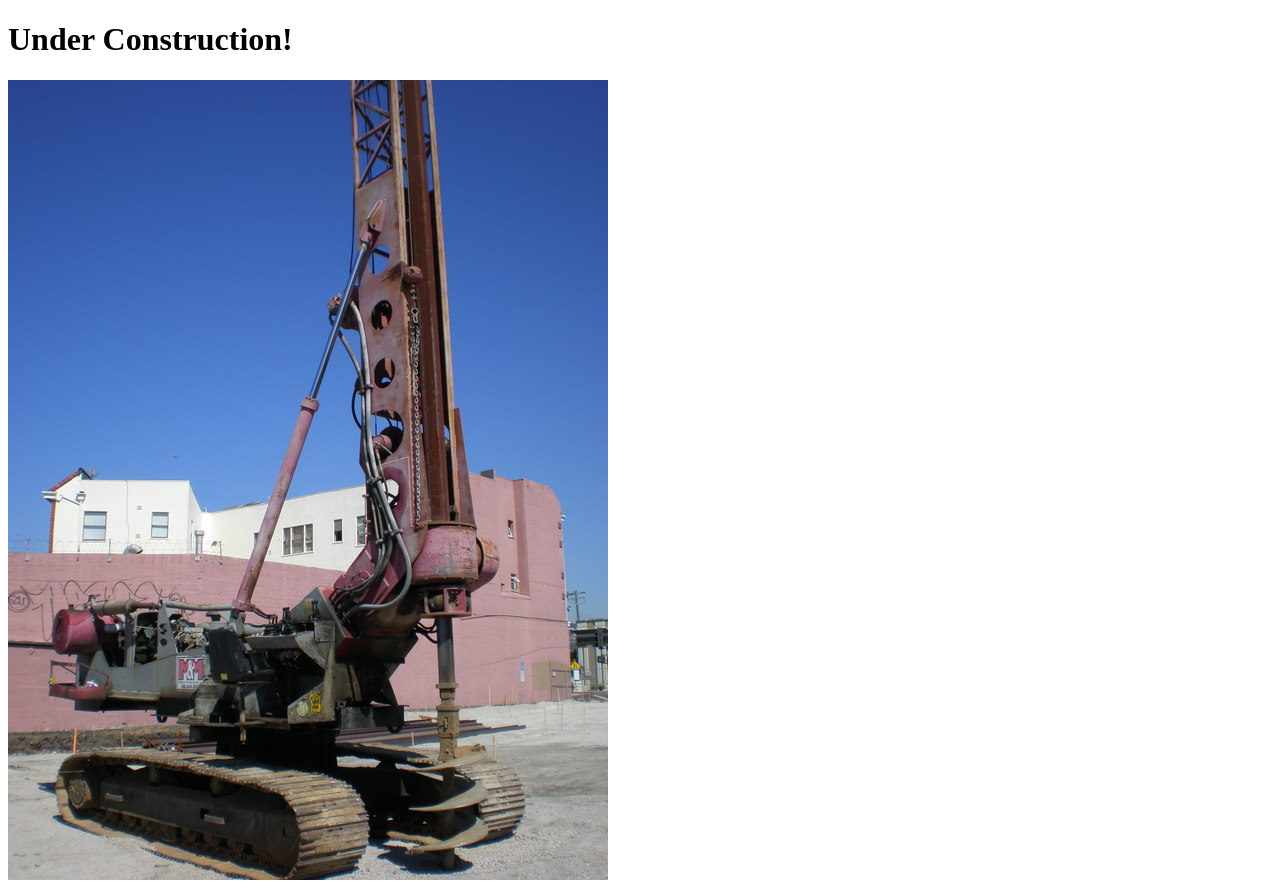
Repository: stuart-rickard/srport
Page: underconstruction.html
These files come from the project's save history. The page is drawn as it stood at one moment and after the next save; the edit follows.
The browser window is 1280 px wide. The pictures show the whole page.

Above is the page before, as saved 2021-11-13 02:39:58.

### underconstruction.html
<!DOCTYPE html>
<html lang="en">
  <head>
    <meta charset="UTF-8" />
    <meta name="viewport" content="width=device-width, initial-scale=1.0" />
    <meta http-equiv="X-UA-Compatible" content="ie=edge" />
    <title>Under Construction</title>
  </head>
  <body>
    <h1>Under Construction!</h1>
    <img src="assets/images/construction.JPG" alt="Construction site with drill machine">
  </body>
</html>

After the next save:
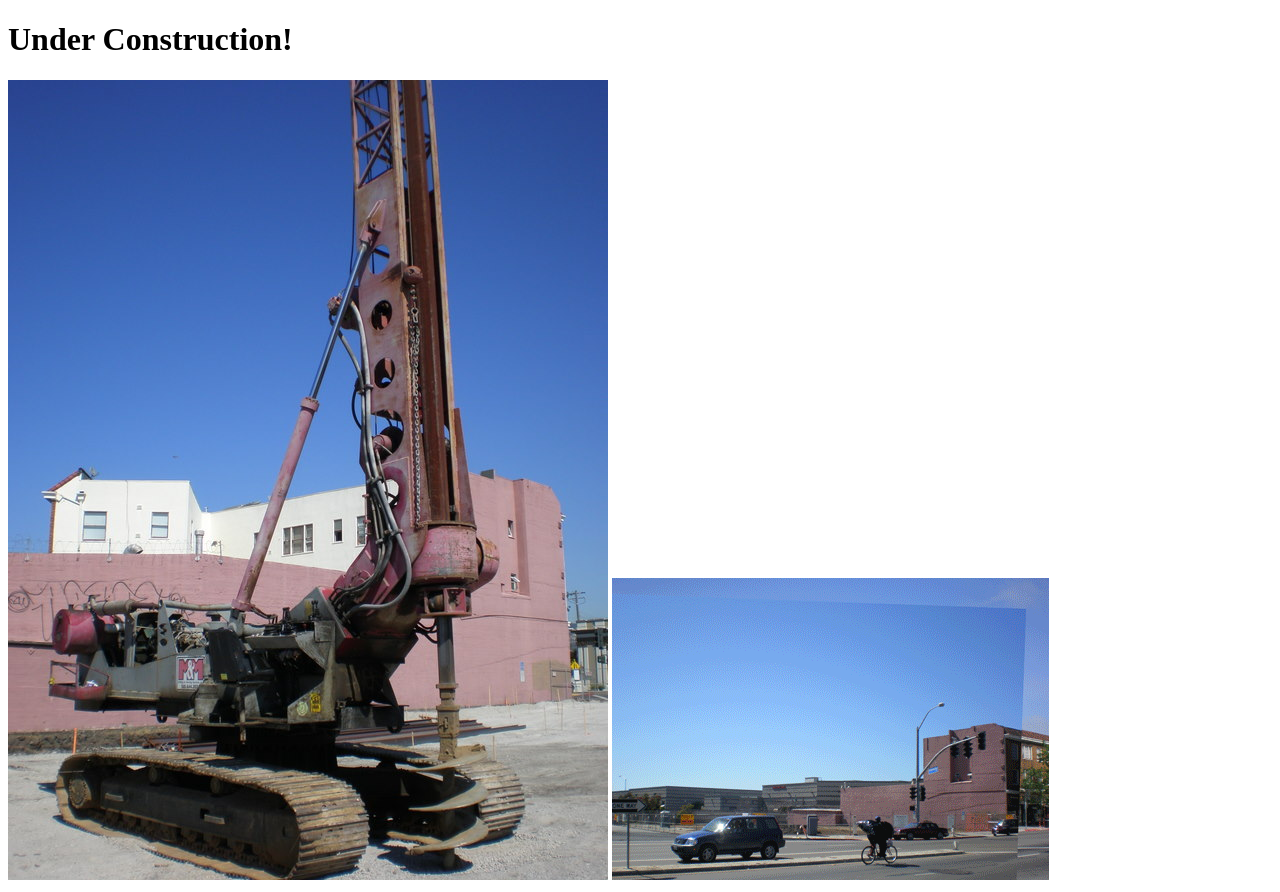
Saved 16 min 43 s later.
--- a/underconstruction.html
+++ b/underconstruction.html
@@ -9,5 +9,6 @@
   <body>
     <h1>Under Construction!</h1>
     <img src="assets/images/construction.JPG" alt="Construction site with drill machine">
+    <img src="assets/images/adeline-place-time-lapse.gif" alt="Timelapse of construction of Adeline Place building in Emeryville, CA">
   </body>
 </html>
